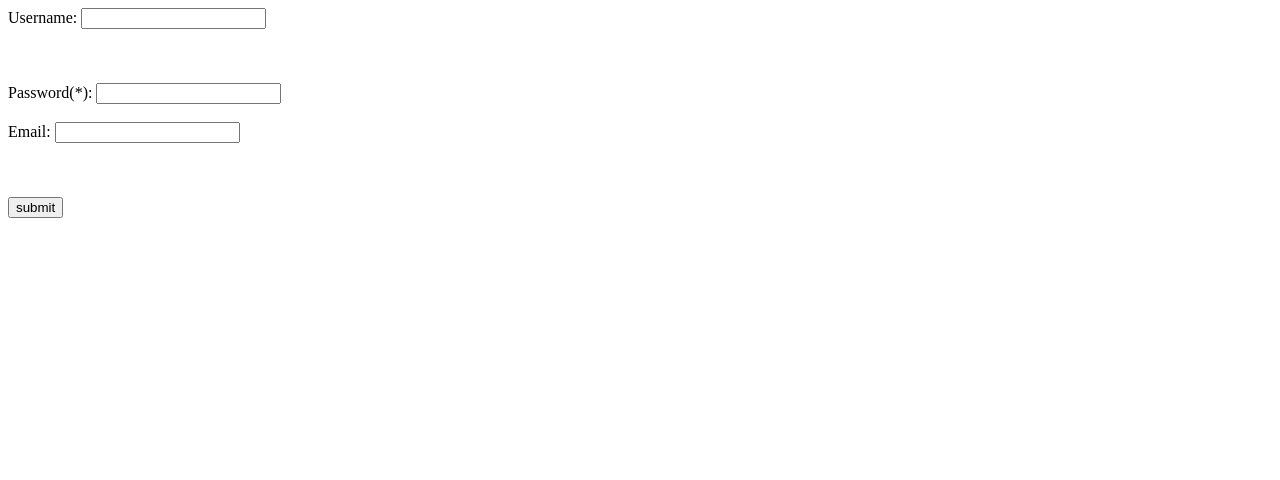
Repository: pranooj-github/Assignments
Page: http://localhost/com.login/login
These files come from the project's save history. The page is drawn as it stood at one moment and after the next save; the edit follows.
The browser window is 1280 px wide. The pictures show the whole page.
The page is served by Tomcat 9.

Above is the page before, as saved 2021-07-24 15:56:27.

After the next save:
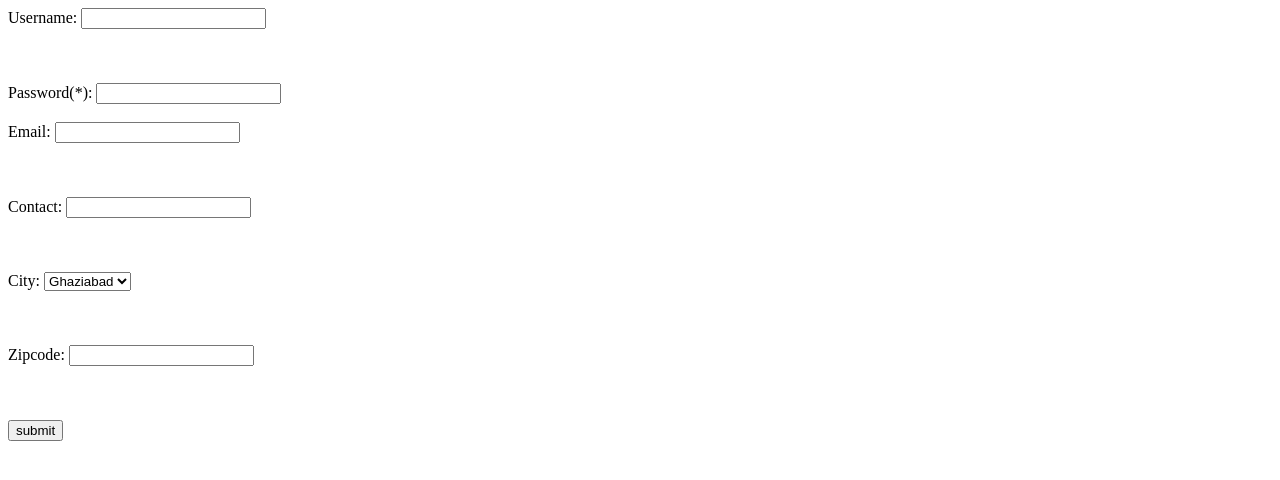
Saved 2 min 27 s later.
--- a/SpringMVC/SpringmvcAssignment6/com.login/src/main/webapp/WEB-INF/views/login.jsp
+++ b/SpringMVC/SpringmvcAssignment6/com.login/src/main/webapp/WEB-INF/views/login.jsp
@@ -23,6 +23,17 @@ Password(*): <form:password path="password"/>
 <form:errors path="password" cssClass="error"/><br><br>
 Email: <form:input path="email"/> <br><br>
 <form:errors path="email" cssClass="error"/><br><br>
+Contact: <form:input path="contact"/> <br><br>
+<form:errors path="contact" cssClass="error"/><br><br>
+City: <form:select path="city">
+        <form:option value="Ghaziabad" label="Ghaziabad"/>
+        <form:option value="Modinagar" label="Modinagar"/>
+        <form:option value="Meerut" label="Meerut"/>
+        <form:option value="Amristar" label="Amristar"/>
+        </form:select>  <br><br>
+<form:errors path="city" cssClass="error"/><br><br>
+Zipcode: <form:input path="zip"/> <br><br>
+<form:errors path="zip" cssClass="error"/><br><br>
 
 <input type="submit" value="submit">
 </form:form>
